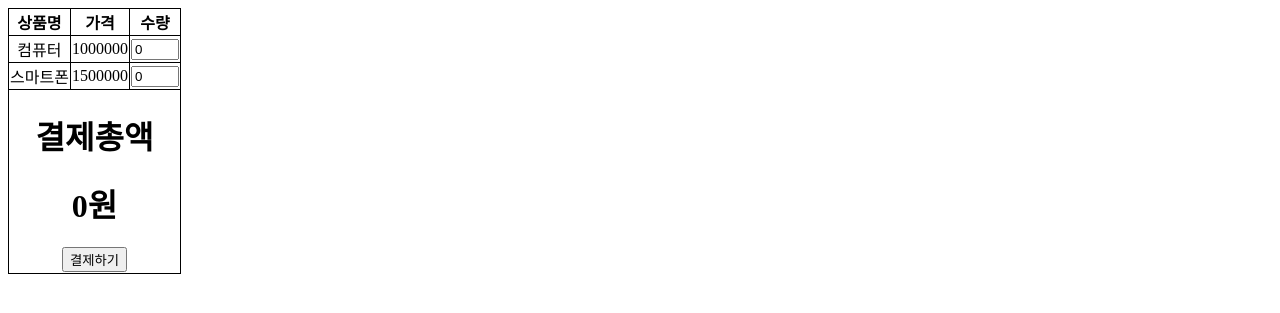
Repository: MySunTY/JSP
Page: http://localhost/JSP08/
These files come from the project's save history. The page is drawn as it stood at one moment and after the next save; the edit follows.
The browser window is 1280 px wide. The pictures show the whole page.
The page is served by Tomcat 9.

Above is the page before, as saved 2024-05-16 05:31:08.

### JSP08/src/main/webapp/index.jsp
<%@ page language="java" contentType="text/html; charset=utf-8"
    pageEncoding="utf-8"%>
<!DOCTYPE html>
	<html>
	<head>
		<meta charset="utf-8">
		<title>데이터 전송</title>
		<style>
			tr, th, td{
				border : 1px solid black;

			}
			table{
				border-collapse : collapse;
				text-align : center;
			}

		</style>
	</head>
	<body>
		<div id="wrap">
			<table>
				<thead>
				<tr>
					<th>상품명</th>
					<th>가격</th>
					<th>수량</th>
				</tr>
				</thead>
				<tbody>
				<tr>
					<td>컴퓨터</td>
					<td>1000000</td>
					<td>
						<input type="number" name="comNum" min="0" max="5" value="0">
					</td>

				</tr>
				<tr>
					<td>스마트폰</td>
					<td>1500000</td>
					<td>
						<input type="number" name="phoneNum" min="0" max="5" value="0">
					</td>


				</tr>
				</tbody>
				<tfoot>
					<tr rowspan="4">
						<td colspan="3">
							<h1>결제총액</h1>
							<h1>0원</h1>
							<input type="submit" value="결제하기">



						</td>

					</tr>
				</tfoot>
			</table>
		</div>
	</body>
</html>

After the next save:
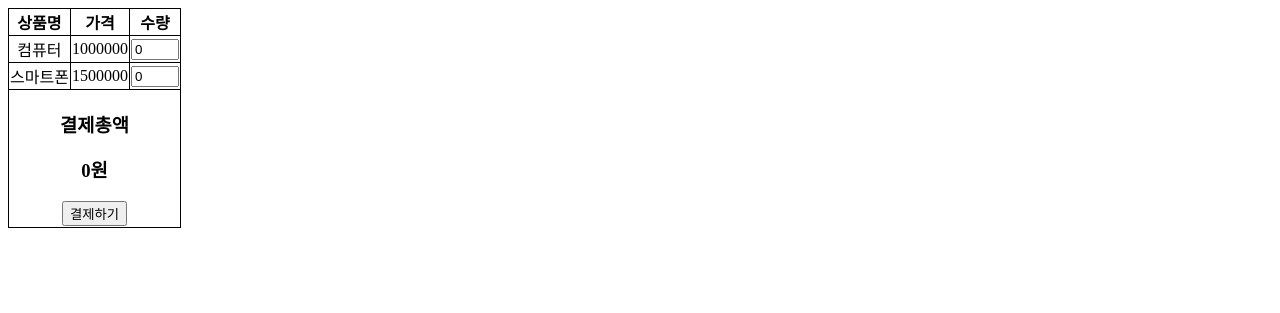
Saved 26 s later.
--- a/JSP08/src/main/webapp/index.jsp
+++ b/JSP08/src/main/webapp/index.jsp
@@ -49,8 +49,8 @@
 				<tfoot>
 					<tr rowspan="4">
 						<td colspan="3">
-							<h1>결제총액</h1>
-							<h1>0원</h1>
+							<h3>결제총액</h3>
+							<h3>0원</h3>
 							<input type="submit" value="결제하기">
 
 
